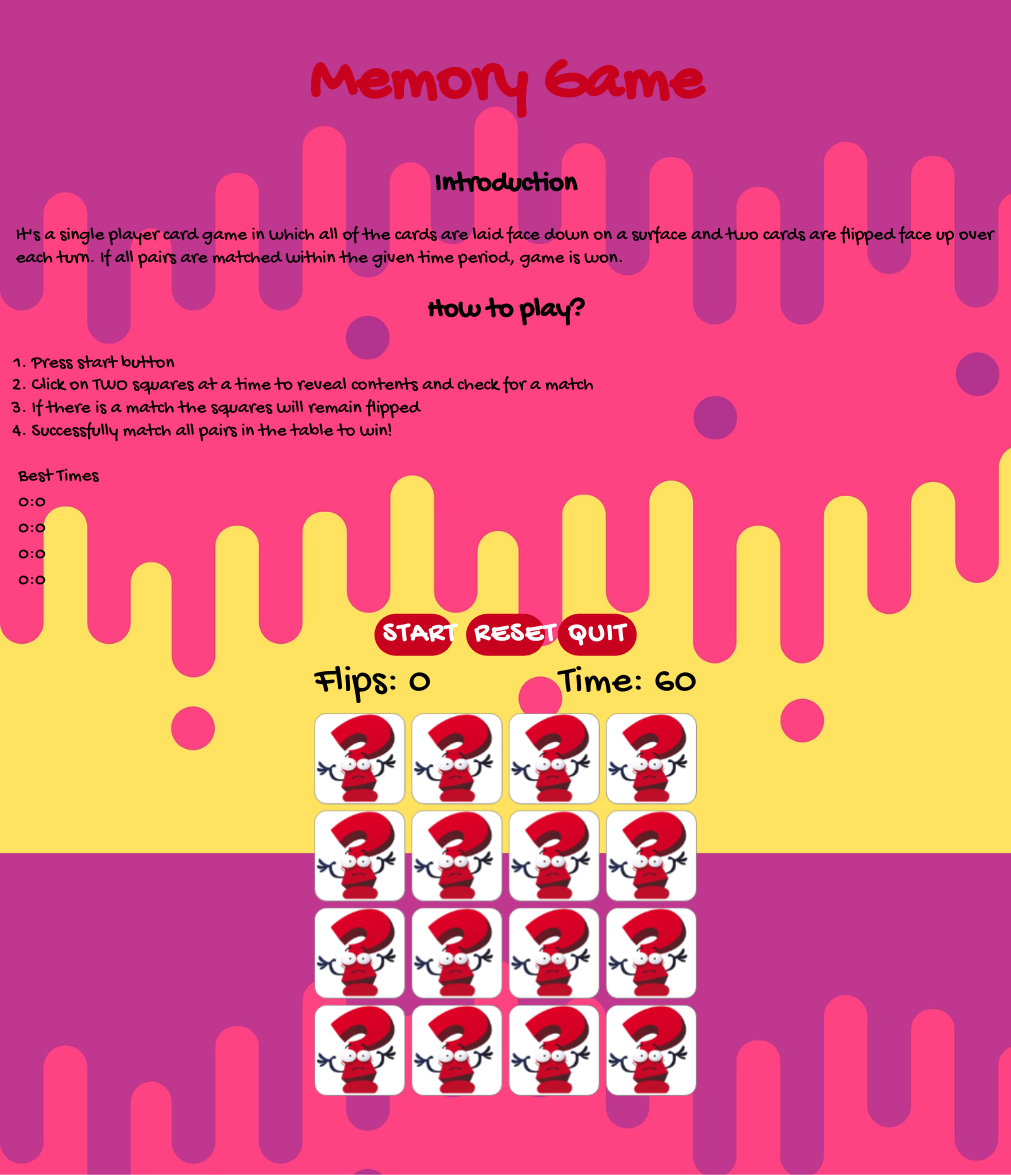
Repository: lauramika/Memory-Game
Page: index.html
The author's editor kept a record of every edit. The page is drawn from the files as they stood at one moment, then again after the next edit.
The browser window is 1280 px wide. The pictures show the whole page, at 79% of full size.

Above is the page before.

After the next edit:
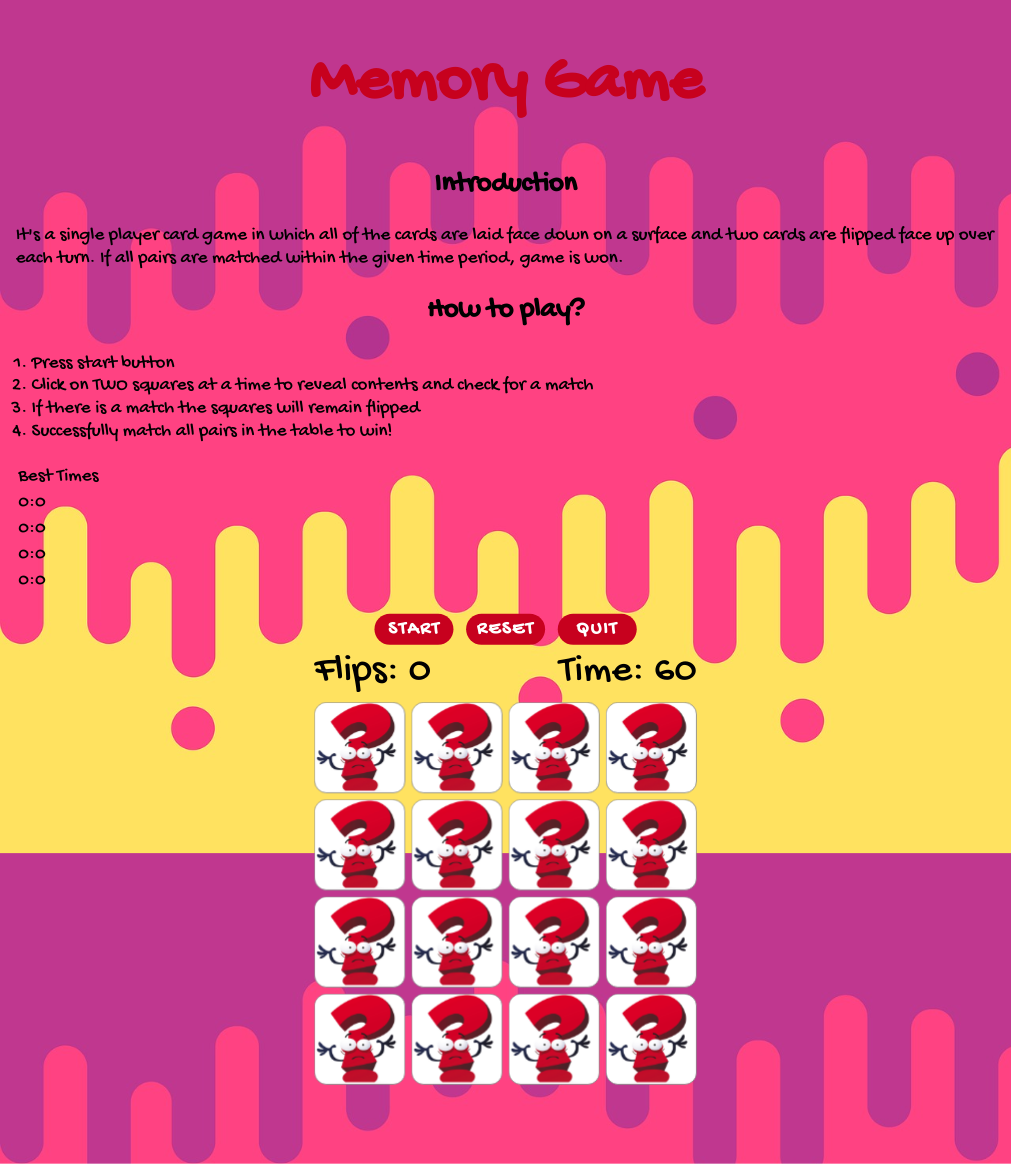
The edit:
--- a/style.css
+++ b/style.css
@@ -84,7 +84,7 @@
 button {
     font-family: 'Gochi Hand', cursive;
     width: 100px;
-    font-size: 1.5em;
+    font-size: 1em;
     letter-spacing: 2px;
     color: white;
     font-weight: bold;
